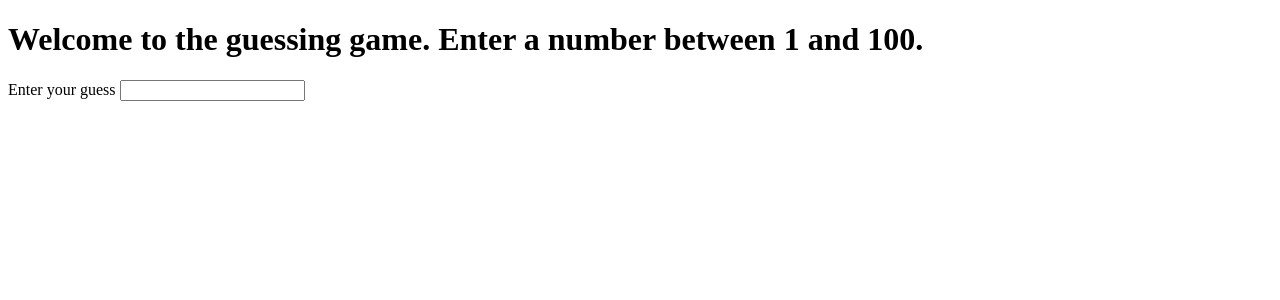
Repository: duckpuppy/Jul_24_26_2013
Page: http://localhost/Day03FNLab05/WEB-INF/pages/play.jsp
An editor plug-in stored every save of this project. The page is shown before and after the next save, followed by the edit.
The browser window is 1280 px wide. The pictures show the whole page.
The page is served by Tomcat 9. Nobody is signed in. The template is opened directly, without the code that normally fills it, so the values that code supplies are empty.

Above is the page before, as saved 2013-07-26 14:01:25.

After the next save:
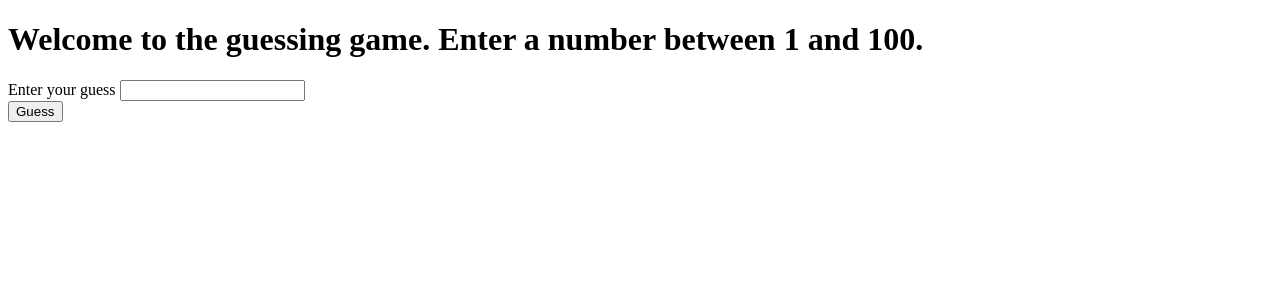
Saved 24 s later.
--- a/workspace/Day03FNLab05/WebContent/WEB-INF/pages/play.jsp
+++ b/workspace/Day03FNLab05/WebContent/WEB-INF/pages/play.jsp
@@ -6,6 +6,7 @@
 		<h1>Welcome to the guessing game. Enter a number between 1 and 100.</h1>
 		<form>
 			Enter your guess <input type="text" name="guess"/><br/>
+			<input type="submit" value="Guess"/>
 		</form>
 	</body>
 </html>
